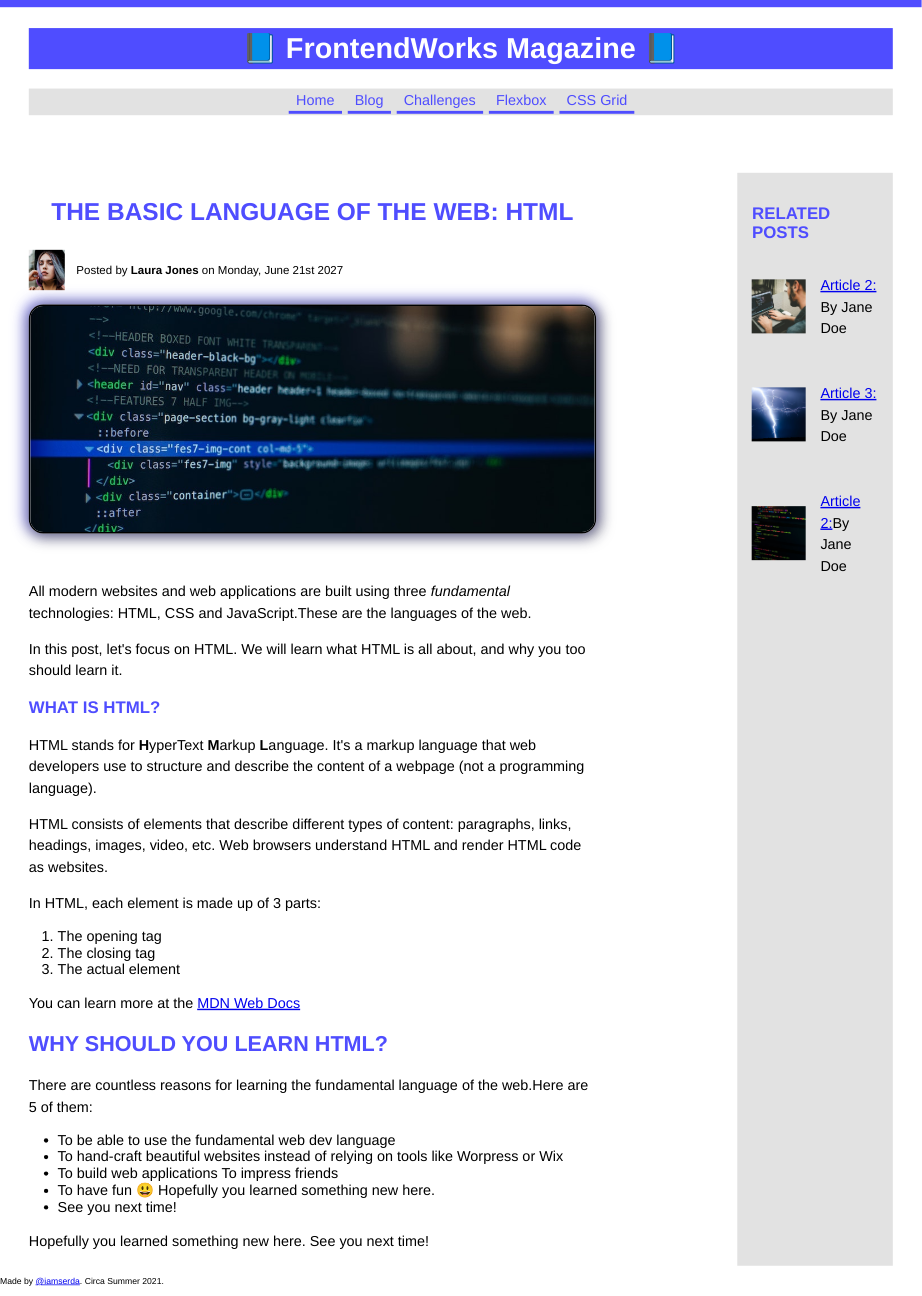
Repository: iamserda/html-css-course
Page: starter/02-HTML-Fundamentals/index.html
An editor plug-in stored every save of this project. The page is shown before and after a run of saves, followed by the edit.
The browser window is 1280 px wide. The pictures show the whole page, at 72% of full size.

Above is the page before, as saved 2021-07-17 18:15:33.

After the next 2 saves:
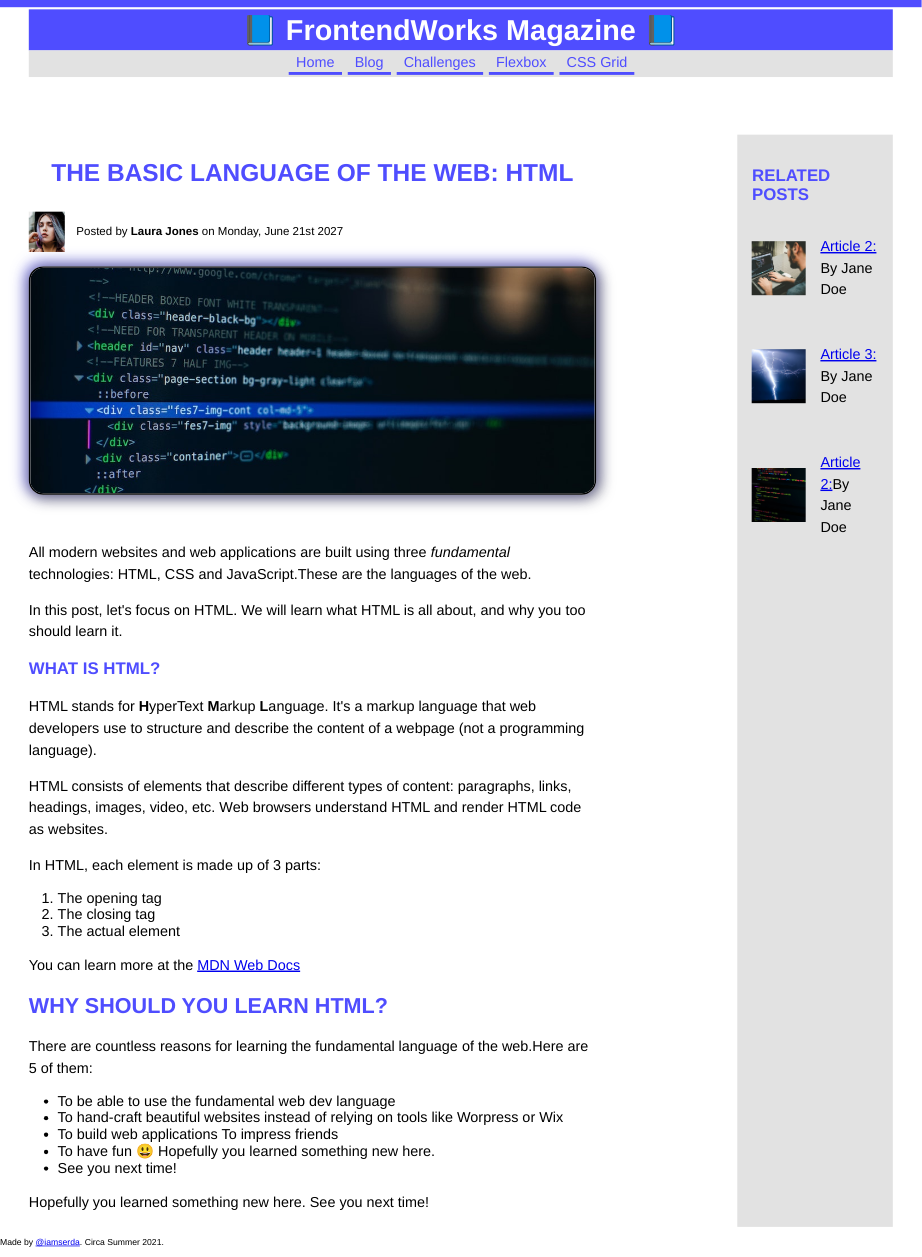
The 2 saves are shown as one change because they came seconds apart.
The last was saved 34 s later.
--- a/starter/02-HTML-Fundamentals/index.css
+++ b/starter/02-HTML-Fundamentals/index.css
@@ -45,6 +45,12 @@ nav {
     max-width: 1200px;
     margin-left: auto;
     margin-right: auto;
+}
+
+.brandname,
+nav {
+    margin-top: 0;
+    margin-bottom: 0;
 }
 
 .brandname {
